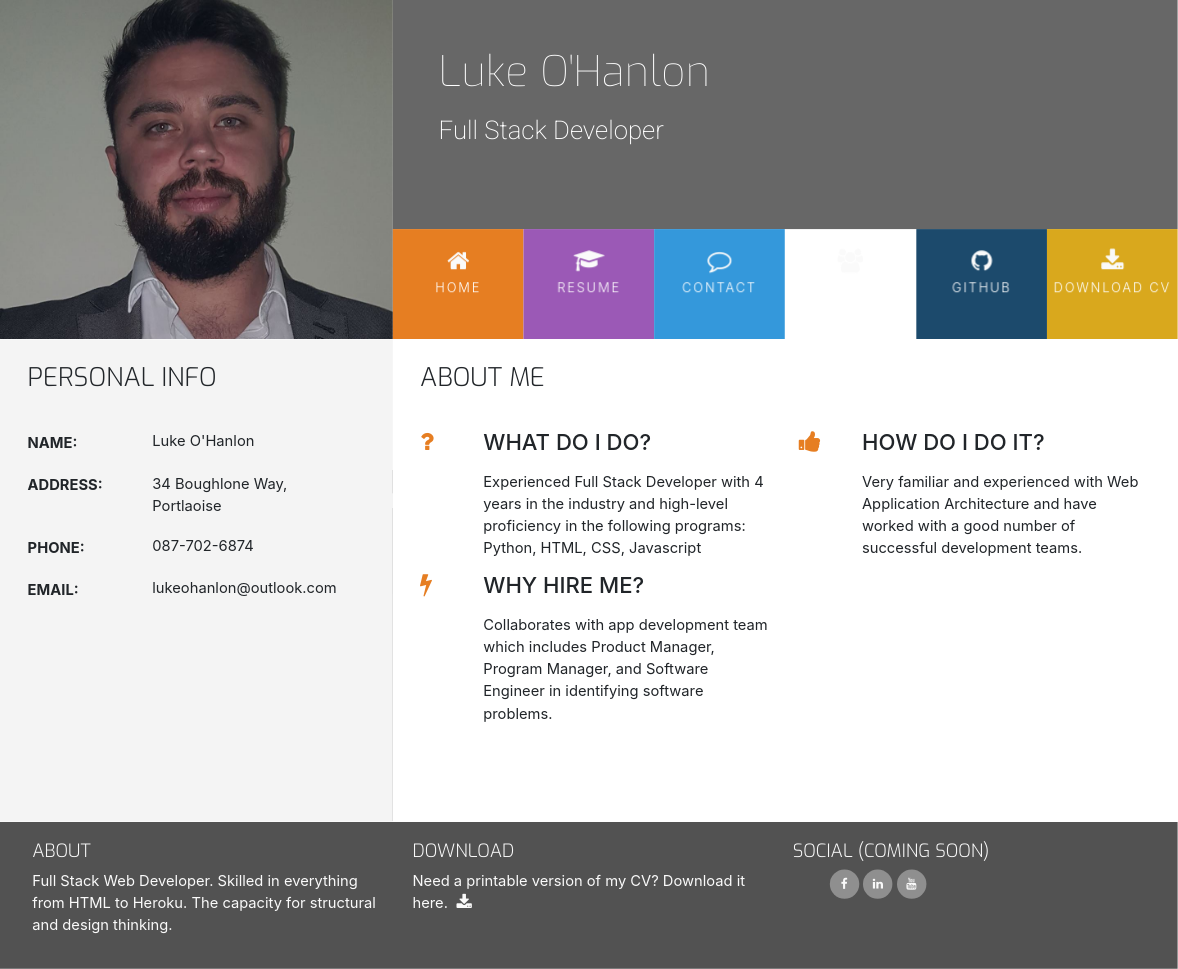
Repository: luke0han/my-resume
Page: index.html
The author's editor kept a record of every edit. The page is drawn from the files as they stood at one moment, then again after the next edit.
The browser window is 1280 px wide. The pictures show the whole page, at 92% of full size.

Above is the page before.
Console error: ReferenceError: emailjs is not defined

### index.html
<!DOCTYPE html>
<html lang="en">

<head>
    <meta charset="UTF-8">
    <meta name="viewport" content="width=device-width, initial-scale=1.0">
    <meta http-equiv="X-UA-Compatible" content="ie=edge">
    <link rel="stylesheet" href="https://stackpath.bootstrapcdn.com/bootstrap/4.3.1/css/bootstrap.min.css" type="text/css" />
    <link rel="stylesheet" href="https://stackpath.bootstrapcdn.com/font-awesome/4.7.0/css/font-awesome.min.css">
    <link href="https://fonts.googleapis.com/css?family=Lato:300,400&display=swap" rel="stylesheet">
    <link rel="stylesheet" href="https://cdnjs.cloudflare.com/ajax/libs/hover.css/2.3.1/css/hover-min.css" type="text/css" />
    <script type="text/javascript" src="https://cdn.emailjs.com/sdk/2.3.2/email.min.js"></script>
    <script type="text/javascript">
    (function(){
      emailjs.init("user_tfpuYKBnoMXbscfOUrYHY");
     })();
    </script>
    <link rel="stylesheet" href="assets/css/style.css">
    <title>Luke O'Hanlon</title>
</head>

<body>
   <header>
        <div class="row no-gutters">
            <a class="col-md-4 logo" href="02-index.html"></a>
            <div class="col-md-8">
                <div class="row no-gutters bg-color-name-title">
                    <div class="col heading">
                        <h1 class="name">Luke O'Hanlon</h1>
                        <h2 class="title">Full Stack Developer</h2>
                    </div>
                </div>
                <div class="row no-gutters">
                    <div class="col">
                        <ul id="nav" class="list-inline menucontainer">
                            <li class="col-6 col-sm-2 ui-menu-color-home list-inline-item menuitem">
                                <a href="index.html" class="hvr-sweep-to-bottom"><i class="fa fa-home" aria-hidden="true"></i><span>Home</span></a>
                            </li>
                            <li class="col-6 col-sm-2 ui-menu-color-resume list-inline-item menuitem">
                                <a href="resume.html" class="hvr-sweep-to-bottom"><i class="fa fa-graduation-cap" aria-hidden="true"></i><span>Resume</span></a>
                            </li>
                            <li class="col-6 col-sm-2 ui-menu-color-contact list-inline-item menuitem">
                                <a href="contact.html" class="hvr-sweep-to-bottom"><i class="fa fa-comment-o" aria-hidden="true"></i><span>Contact</span></a>
                            </li>
                            <li class="col-6 col-sm-2 ui-menu-color-interests list-inline-item menuitem">
                                <a href="interests.html" class="hvr-sweep-to-bottom"><i class="fa fa-users" aria-hidden="true"></i><span>Interests</span></a>
                            </li>
                            <li class="col-6 col-sm-2 ui-menu-color-github list-inline-item menuitem">
                                <a href="github.html" class="hvr-sweep-to-bottom"><i class="fa fa-github" aria-hidden="true"></i><span>GitHub</span></a>
                            </li>
                            <li class="col-6 col-sm-2 ui-menu-color-download list-inline-item menuitem">
                                <a href="assets/cv/Luke O'Hanlon.pdf" target="_blank" class="hvr-sweep-to-bottom"><i class="fa fa-download" aria-hidden="true"></i><span>Download CV</span></a>
                            </li>
                        </ul>
                    </div>
                </div>
                </div>
            </div>
        </div>
    </header>

    <section class="container-fluid">
        <div class="row">
            <div class="col-md-4 bg-color-personal-info section-column">
                <div class="row">
                    <div class="col-12">
                        <h3 class="section-heading uppercase">Personal Info</h3>
                    </div>
                </div>
                <div class="personal-info-item">
                    <div class="key">
                        <p class="uppercase">
                            Name:
                        </p>
                    </div>
                    <div class="value">
                        <p>
                            Luke O'Hanlon
                        </p>

                    </div>
                </div>
                <div class="personal-info-item">
                    <div class="key">
                        <p class="uppercase">
                            Address:
                        </p>
                    </div>
                    <div class="value">
                        <p>
                            34 Boughlone Way, Portlaoise
                        </p>
                    </div>
                </div>
                <div class="personal-info-item">
                    <div class="key">
                        <p class="uppercase">
                            Phone:
                        </p>
                    </div>
                    <div class="value">
                        <p>
                            087-702-6874
                        </p>
                    </div>
                </div>
                <div class="personal-info-item">
                    <div class="key">
                        <p class="uppercase">
                            Email:
                        </p>
                    </div>
                    <div class="value">
                        <p>
                            lukeohanlon@outlook.com <br><br><br><br><br><br><br><br><br>
                        </p>
                    </div>
                </div>
            </div>
            <div class="col-md-8 bg-color-three-reasons section-column">
                <div class="row">
                    <div class="col">
                        <h3 class="section-heading uppercase">About me</h3>
                    </div>
                </div>
                <div class="row">
                    <div class="col-10 offset-1 offset-sm-0 col-sm-4 col-md-6">
                        <div class="row">
                            <div class="col-2">
                                <i class="three-reasons-icon fa fa-question" aria-hidden="true"></i>
                            </div>
                            <div class="col-10">
                                <h4 class="three-reasons-heading uppercase">What do I do?</h4>
                                <p>Experienced Full Stack Developer with 4 years in the industry and high-level proficiency in the following programs: Python, HTML, CSS, Javascript</p>
                            </div>
                        </div>
                    </div>
                    <div class="col-10 offset-1 offset-sm-0 col-sm-4 col-md-6">
                        <div class="row">
                            <div class="col-2">
                                <i class="three-reasons-icon fa fa-thumbs-up" aria-hidden="true"></i>
                            </div>
                            <div class="col-10">
                                <h4 class="three-reasons-heading uppercase">How do I do it?</h4>
                                <p>Very familiar and experienced with Web Application Architecture and have worked with a good number of successful development teams.</p>
                            </div>

                        </div>
                    </div>
                    <div class="col-10 offset-1 offset-sm-0 col-sm-4 col-md-6">
                        <div class="row">
                            <div class="col-2">
                                <i class="three-reasons-icon fa fa-bolt" aria-hidden="true"></i>
                            </div>
                            <div class="col-10">
                                <h4 class="three-reasons-heading uppercase">Why hire me?</h4>
                                <p>Collaborates with app development team which includes Product Manager, Program Manager, and Software Engineer in identifying software problems.</p>
                            </div>

                        </div>
                    </div>
                </div>
            </div>
        </div>

    </section>
    <footer class="container-fluid">
        <div id="footer-details" class="row">
            <div class="col-sm-4">
                <h5 class="uppercase general-sub">About</h5>
                <p class="inline-block">
                    Full Stack Web Developer. Skilled in everything from HTML to Heroku. The capacity for structural and design thinking.
                </p>
            </div>
            <div class="col-sm-4">
                <h5 class="uppercase general-sub">Download</h5>
                <p class="inline-block">
                    Need a printable version of my CV? Download it here.
                    <a href="assets/cv/Luke O'Hanlon.pdf" target="_blank" class="cv-pdf">
                        <i class="fa fa-download" aria-hidden="true"></i>
                        <span class="sr-only">Download link.</span>
                    </a>
                </p>
            </div>
            <div class="col-sm-4">
                <h5 class="uppercase general-sub">Social (Coming Soon)</h5>
                <ul class="list-inline-block social-links">
                    <li class="list-inline-item">
                        <a target="_blank" href="#">
                            <i class="fa fa-facebook" aria-hidden="true"></i>
                            <span class="sr-only">Facebook.</span>
                        </a>
                    </li>
                    <li class="list-inline-item">
                        <a target="_blank" href="#">
                            <i class="fa fa-linkedin" aria-hidden="true"></i>
                            <span class="sr-only">Linkedin.</span>
                        </a>
                    </li>
                    <li class="list-inline-item">
                        <a target="_blank" href="#">
                            <i class="fa fa-youtube" aria-hidden="true"></i>
                            <span class="sr-only">YouTube.</span>
                        </a>
                    </li>
                </ul>
            </div>
        </div>
    </footer>
</body>

</html>

### assets/css/style.css
@import url('https://fonts.googleapis.com/css?family=Lato:300,400|Roboto:100,200,300,400,500,600,700|Exo:100,200,300,400,500,600,700');
/*****************************************COLORS***************************************/

.bg-color-name-title {
    background-color: #676767;
}

.bg-color-three-reasons{
    background-color: #fff;
}
.ui-menu-color-home {
    background-color: #e67e22;
}

.ui-menu-color-resume {
    background-color: #9b59b6;
}

.ui-menu-color-contact {
    background-color: #3498db;
}

.ui-menu-color-download {
    background-color: #525252;
}

.bg-color-personal-info {
    background-color: #f4f4f4;
}

.bg-color-work-history {
    background-color: #9b59b6;
}

.ui-menu-color-download {
    background-color: #d9a81d;
}


.ui-menu-color-github {
    background-color: #1c4a6c;
}

/*****************************************Special paddings/margins/text***************************************/

h1,
h2,
h3,
h4 {
    margin: 0;
}

.uppercase {
    text-transform: uppercase;
}

.general-sub {
    font-family: "Exo", sans-serif;
    font-weight: 300;
    color: #fafafa;
}

.inline-block {
    display: inline-block;
}

.row-table {
    display: table;
}

.section-column {
    display: table-cell;
    padding: 0 30px 30px;
    float: none;
}
.history-heading,
.section-heading {
    font-family: "Exo", sans-serif;
    font-weight: 300;
    margin-top:25px;
    margin-bottom: 40px;
}

/*****************************************HEADING***************************************/

header {
    margin: 0;
}

.heading {
    margin-left: 50px;
}

.logo {
    background: url("../images/luke.jpg");
    background-position: center;
    background-repeat: no-repeat;
    background-size: cover;
    min-height: 360px;
    transition: all .5s ease-in-out;
    -moz-transition: all .5s ease-in-out;
    -webkit-transition: all .5s ease-in-out;
}

.name {
    font-family: "Exo", sans-serif;
    font-weight: 100;
    font-size: 46px;
    margin-top: 50px;
    color: #fff;
}

.title {
    font-family: "Roboto", sans-serif;
    font-weight: 200;
    font-size: 28px;
    margin-top: 20px;
    margin-bottom: 90px;
    color: #fff;
}

.list-inline-item:not(:last-child) {
    margin: 0;
}

.menucontainer {
    font-size: 0;
}

#nav {
    margin: 0;
}

#nav li {
    font-size: 14px;
    padding: 0;
}

.menuitem {
    height: 120px;
    text-align: center;
    padding: 0;
}

.menuitem a {
    width: 100%;
    text-decoration: none;
    color: #fff;
    height: 120px;
}

.menuitem a i {
    padding-top: 22px;
    display: block;
    color: #fafafa;
    font-size: 26px;
}

.menuitem span {
    display: block;
    width: 100%;
    padding-top: 5px;
    text-align: center;
    text-transform: uppercase;
    font-size: 14px;
    font-weight: 300;
    letter-spacing: 2px;
}

/*****************************************HOVER.CSS***************************************/

.hvr-sweep-to-bottom:before {
    background: rgba(0, 0, 0, 0.2);
    height: 120px;
}

/*****************************************Footer***************************************/

footer {
    background-color: #525252;
    color: #fafafa;
    min-height: 120px;
    margin: 0;
}

.cv-pdf i {
    font-size: 18px;
    color:#fafafa;
    text-align: center;
    padding-left: 5px;
    transition: all 0.35s ease-in-out;
    -moz-transition: all 0.35s ease-in-out;
    -webkit-transition: all 0.35s ease-in-out;
    -o-transition: all 0.35s ease-in-out;
}

.cv-pdf i:hover {
    color: #e84610;
}

.social-links {
    padding-bottom: 15px;
}

.social-links li a i {
    width: 32px;
    height: 32px;
    padding: 12px 0;
    border-radius: 50%;
    font-size: 13px;
    line-height: 7px;
    text-align: center;
    color:#fafafa;
    background: #8f8f8f;
    transition: all 0.35s ease-in-out;
    -moz-transition: all 0.35s ease-in-out;
    -webkit-transition: all 0.35s ease-in-out;
    -o-transition: all 0.35s ease-in-out;
}

.social-links li a i:hover {
    background-color: #e84610;
}

#footer-details {
    padding: 20px;
}

/*****************************************Three Reasons***************************************/

.three-reasons-icon {
    font-size:26px;
    color:#e67e22;
}

.three-reasons-heading {
    margin-bottom: 15px;
}

/*****************************************Personal Info***************************************/

.personal-info-item {
    margin-bottom: 20px;
    display: block;
    clear: both;
}

.personal-info-item .key,
.personal-info-item .value {
    padding-right: 8px;
    display: inline-block;
}

.personal-info-item .key p,
.personal-info-item .value p {
    margin:0;
}

.personal-info-item .key {
    width:30%;
    margin-right: 21px;
    padding-top:2px;
    vertical-align: top;
}

.personal-info-item .key p {
    font-weight: 700;
}

.personal-info-item .value {
    position: relative;
    width:60%;
}

/*****************************************Skills***************************************/

.progress {
    position: relative;
    height: 25px;
    margin-bottom: 4px;
}

.progress-type {
    position: absolute;
    left: 0px;
    font-weight: 400;
    padding: 3px 30px 2px 10px;
    color: #fafafa;
    background-color: rgba(25, 25, 25, 0.2);
}

.progress-section {
    margin: 40px 20px;
}

/*****************************************Work History***************************************/

.history-heading {
    color: #fafafa;
    margin-bottom: 50px;
}

.timeline-item {
    padding: 4em 2em 0em 2em;
    position: relative;
    color: #fafafa;
    border-left: 1px solid;
}

.timeline-item p {
    padding: 0;
    margin: 0;
}

.timeline-item:before {
    content: attr(data-dates);
    position: absolute;
    left: 2.5em;
    top: 3em;
    display: block;
    font-family: "Exo", sans-serif;
    font-weight: 500;
    font-size: 0.8em;
    padding: 0;
    margin: 0;
}

.timeline-item:after {
    width: 12px;
    height: 12px;
    display: block;
    top: 2.4em;
    position: absolute;
    left: -6px;
    border-radius: 12px;
    content: '';
    background: #fafafa;
}

.history-items {
    margin-bottom: 30px;
}

/*****************************************Contact Form***************************************/

.contact-heading {
    font-family: "Exo", sans-serif;
    font-weight: 300;
    margin-top: 25px;
    margin-bottom: 20px;
}

.center-form {
    padding-top: 10px;
    margin: 0 auto;
    max-width: 70%;
}

button[type="submit"] {
    margin-top: 15px;
    margin-bottom: 20px;
    color: #fafafa;
    background-color: #e84610;
}

/*****************************************Media Queries***************************************/

@media(min-width: 992px) {
    .center-form {
        padding-top: 30px;
        min-height: 240px;
        margin: 0 auto;
        max-width: 50%;
    }
}

After the next edit:
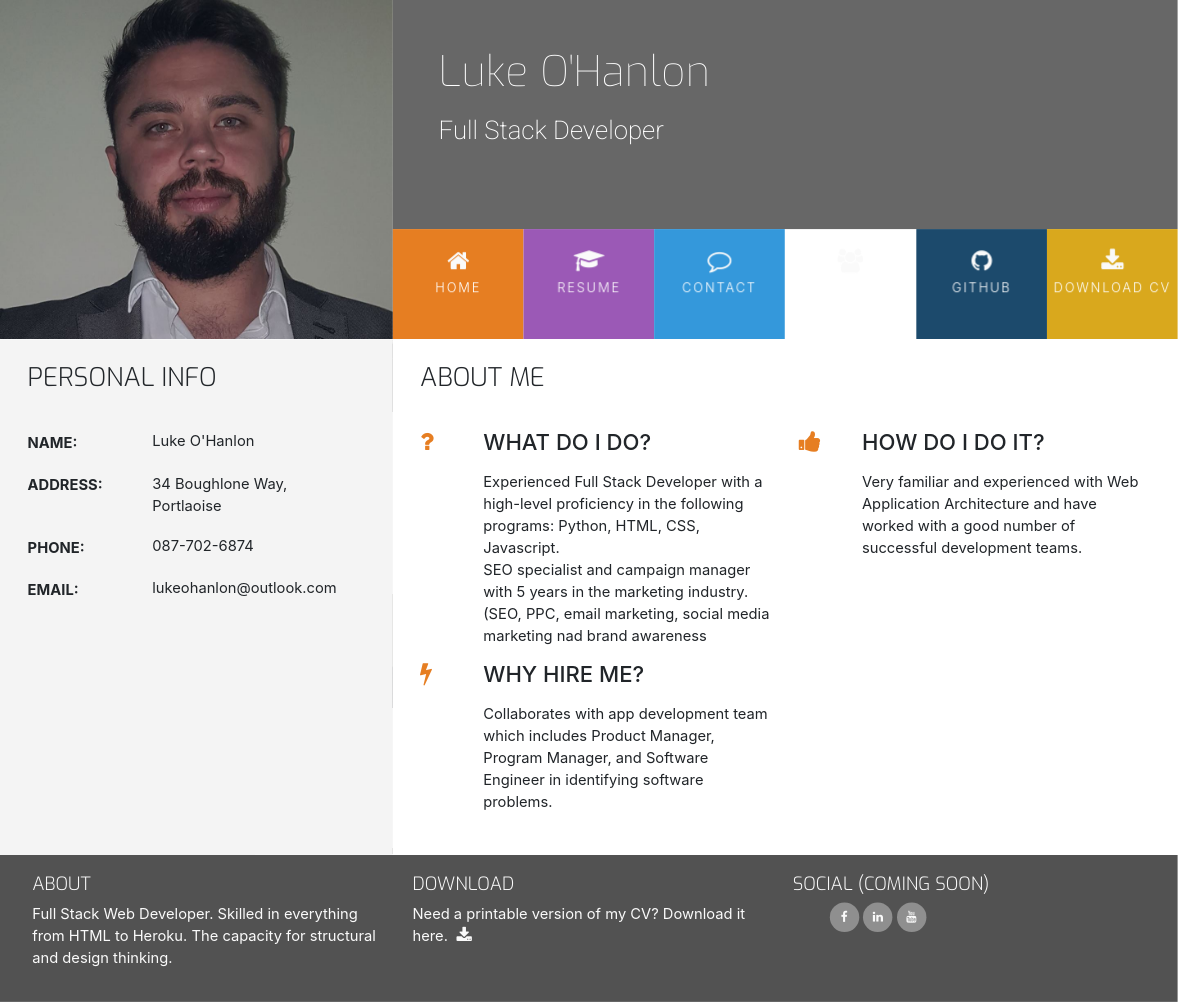
The edit:
--- a/index.html
+++ b/index.html
@@ -131,7 +131,8 @@
                             </div>
                             <div class="col-10">
                                 <h4 class="three-reasons-heading uppercase">What do I do?</h4>
-                                <p>Experienced Full Stack Developer with 4 years in the industry and high-level proficiency in the following programs: Python, HTML, CSS, Javascript</p>
+                                <p>Experienced Full Stack Developer with a high-level proficiency in the following programs: Python, HTML, CSS, Javascript.
+                                <br>SEO specialist and campaign manager with 5 years in the marketing industry. (SEO, PPC, email marketing, social media marketing nad brand awareness</p>
                             </div>
                         </div>
                     </div>
